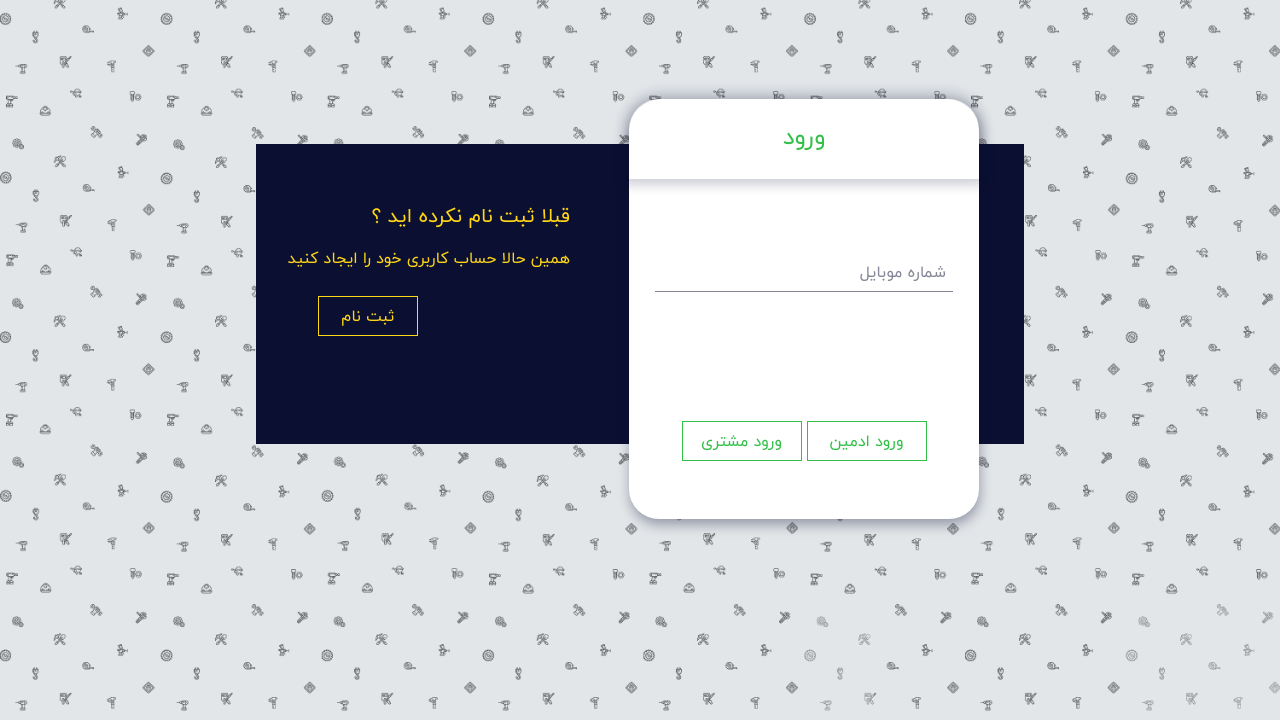
Repository: nightwolf-041/pisheyar-panel-user
Page: /login
An editor plug-in stored every save of this project. The page is shown before and after the next save, followed by the edit.
The browser window is 1280 px wide. The pictures show the whole page.
The page's requests for data from a server got no answer. The project was rebuilt for these pictures with package versions that can differ from the ones it lists, and the page was loaded fresh each time. No one was signed in, and anything a server would have sent is missing. Also part of the build but not shown: src/components/login/RegisterBoxSteps.jsx.

Above is the page before, as saved 2020-05-19 16:40:24.

### src/index.css
@font-face {
    font-family: Yekan;
    src: url('./assets/fonts/iran-yekan/iranyekan.woff')
}

*,
* * {
    font-family: Yekan !important;
}

body {
    margin: 0 auto;
    font-family: Yekan !important;
    overflow-x: hidden !important;
    overflow-y: hidden !important;
}

code {
    font-family: source-code-pro, Menlo, Monaco, Consolas, 'Courier New', monospace;
}

### src/App.css
@font-face {
    font-family: Yekan;
    src: url('./assets/fonts/iran-yekan/iranyekan.woff')
}

*,
* * {
    font-family: Yekan !important;
}

.Toastify__toast-body {
    text-align: right !important;
}

.react-code-input input {
    padding: 0 !important;
    text-align: center !important;
    font-size: 1.2rem !important;
}

.lds-dual-ring {
    display: flex;
    justify-content: center;
    align-items: center;
    width: 150px;
    height: 150px;
    position: fixed;
    top: 30%;
    left: calc(50% - 75px);
    transform: translateZ(0);
    -webkit-transform: translateZ(0);
    -ms-transform: translateZ(0);
    -o-transform: translateZ(0);
}

.lds-dual-ring:after {
    content: " ";
    display: block;
    width: 64px;
    height: 64px;
    margin: 8px;
    border-radius: 50%;
    border: 6px solid #fff;
    border-color: #0b1033 transparent #ffd617 transparent;
    animation: lds-dual-ring 1.2s linear infinite;
    -webkit-animation: lds-dual-ring 1.2s linear infinite;
    -moz-animation: lds-dual-ring 1.2s linear infinite;
    -o-animation: lds-dual-ring 1.2s linear infinite;
}

@keyframes lds-dual-ring {
    0% {
        transform: rotate(0deg);
    }
    100% {
        transform: rotate(360deg);
    }
}

@-webkit-keyframes lds-dual-ring {
    0% {
        transform: rotate(0deg);
    }
    100% {
        transform: rotate(360deg);
    }
}

@-moz-keyframes lds-dual-ring {
    0% {
        transform: rotate(0deg);
    }
    100% {
        transform: rotate(360deg);
    }
}

@-o-keyframes lds-dual-ring {
    0% {
        transform: rotate(0deg);
    }
    100% {
        transform: rotate(360deg);
    }
}

### src/components/login/LoginBixSteps.jsx
import React from 'react'
import ReactCodeInput from 'react-code-input'
import classes from './login.module.css'


const LoginBixSteps = (props) => {
    return (
        <div>
            <h4 className={classes.loginRegisterLoginHead}>
                {props.loginStepTwoSwitch ?
                'کد دریافتی را وارد کنید'
                :
                'ورود'
                }
            </h4>

            {props.loginStepTwoSwitch ?

            <div className={classes.loginRegisterLoginForm}>

                <ReactCodeInput type='text' fields={6} onChange={val => props.loginCodeInputChangeHandler(val)} />

                <div className={classes.timerBox}>
                    <span>
                        {props.minutes2}:{props.seconds2 < 10 ? `0${props.seconds2}` : props.seconds2}
                    </span>
                </div>

                <div className={classes.registerStep2Buttonsbox}>
                    <button type="button"
                    onClick={props.loginStep2ClickHandler}
                    disabled={props.registerStep2Status.loading}
                    className={classes.loginStep2Button}>
                    ورود
                    </button>

                    <button type="button"
                    onClick={props.loginStep2BackHandler}
                    disabled={props.registerStep2Status.loading}
                    className={classes.loginStep2BackButton}>
                        بازگشت
                    </button>
                </div>
            </div>
                :

            <div className={classes.loginRegisterLoginForm}>
                <input
                className={!props.loginPhoneNumberValidMsg ?
                    classes.loginRegisterLoginPhoneNumber
                    : classes.loginRegisterLoginPhoneNumberInvalid}
                type="text"
                name="mobile"
                onChange={props.loginPhoneNumberChangeHandler}
                // onBlur={handleBlur}
                value={props.loginPhoneNumberValue}
                placeholder="شماره موبایل"
            />
            {props.loginPhoneNumberValidMsg && (
                    <div className={classes.loginMobileErrorSpan}>{props.loginPhoneNumberValidMsg}</div>
                )
            }
            <button type="button"
                onClick={() => props.handleSellerByerSubmit('959b10a3-b8ed-4a9d-bdf3-17ec9b2ceb15')}
                disabled={props.loginStatus.loading}
                className={classes.loginRegisterLoginButton}>
                {props.loginStatus.loading ?
                'صبور باشید' :
                'ورود ادمین'}
            </button>
            <button type="button"
                onClick={() => props.handleSellerByerSubmit('91b3cdab-39c1-40fb-b077-a2d6e611f50a')}
                disabled={props.loginStatus.loading}
                className={classes.loginRegisterLoginButtonByer}>
                {props.loginStatus.loading ?
                'صبور باشید' :
                'ورود مشتری'}
            </button>
            </div>
            }
        </div>
    )
}

export default LoginBixSteps

Loaded but not shown: public/index.html (common file); src/serviceWorker.js (common file); src/App.js (45 lines, source omitted); src/index.js (23 lines, source omitted); src/components/login/Login.jsx (746 lines, source omitted); src/components/login/login.module.css (1034 lines, source omitted)

After the next save:
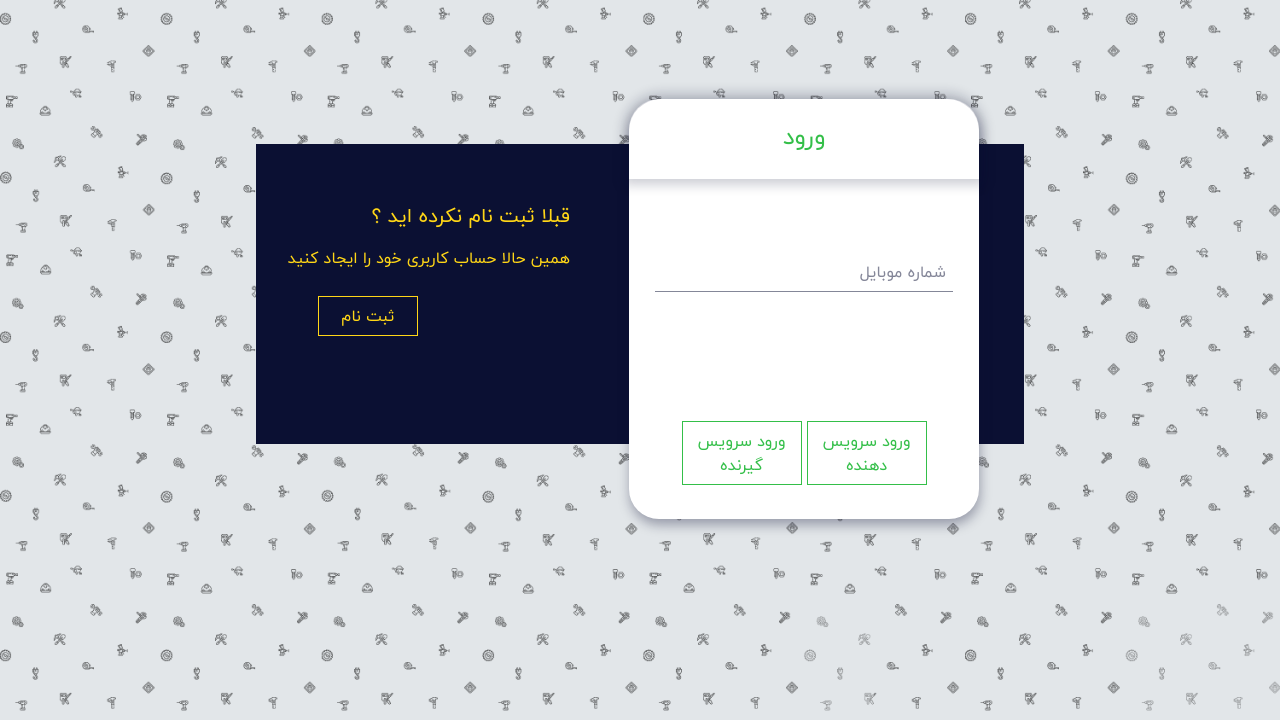
Saved 19 h 9 min later.
--- a/src/components/login/LoginBixSteps.jsx
+++ b/src/components/login/LoginBixSteps.jsx
@@ -66,7 +66,7 @@ const LoginBixSteps = (props) => {
                 className={classes.loginRegisterLoginButton}>
                 {props.loginStatus.loading ?
                 'صبور باشید' :
-                'ورود ادمین'}
+                'ورود سرویس دهنده'}
             </button>
             <button type="button"
                 onClick={() => props.handleSellerByerSubmit('91b3cdab-39c1-40fb-b077-a2d6e611f50a')}
@@ -74,7 +74,7 @@ const LoginBixSteps = (props) => {
                 className={classes.loginRegisterLoginButtonByer}>
                 {props.loginStatus.loading ?
                 'صبور باشید' :
-                'ورود مشتری'}
+                'ورود سرویس گیرنده'}
             </button>
             </div>
             }
